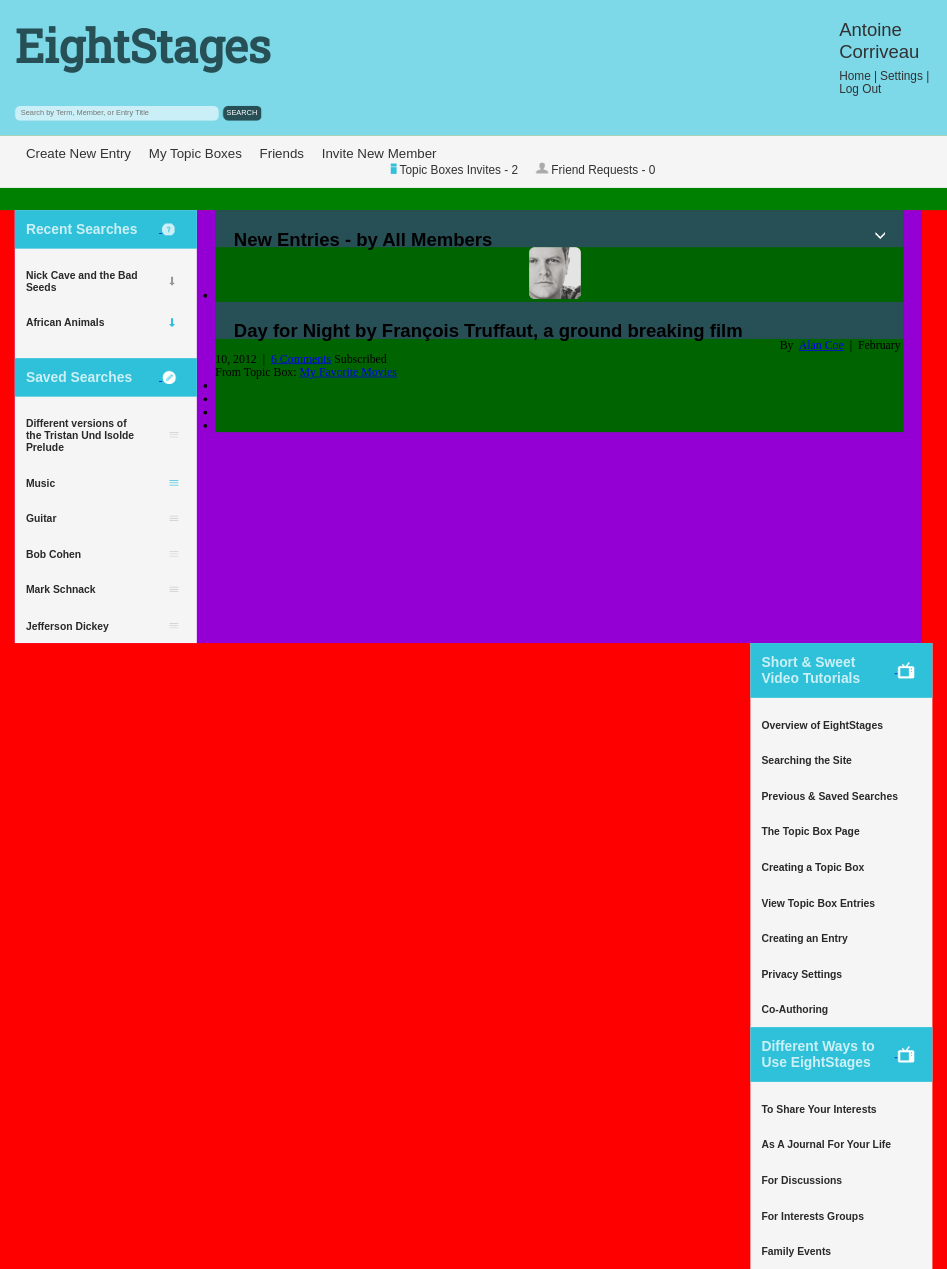
Repository: bhattaraib58/eighstages-lf-design
Page: Assignment 3/Eight Stages Website Mockup Done/index.html
The author's editor kept a copy of each file at every save. The page is drawn from the files as they stood at one save, then again after the next save.
The browser window is 1280 px wide. The pictures show the whole page, at 74% of full size.
Some web fonts or font styles are not loaded; a fallback is used.

Above is the page before, as saved 2019-06-10 02:45:32.

After the next save:
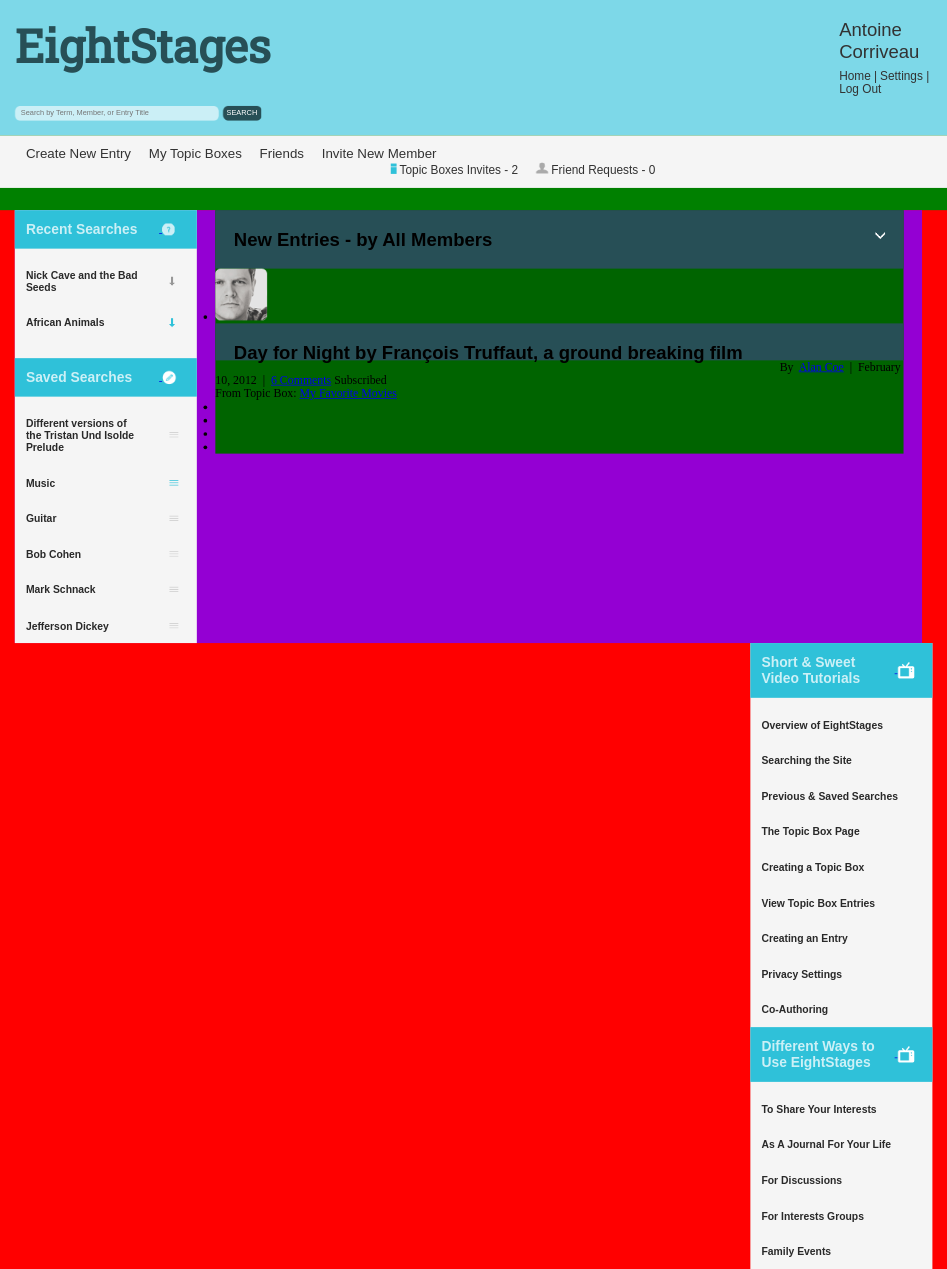
Saved 16 s later.
--- a/Assignment 3/Eight Stages Website Mockup Done/index.html
+++ b/Assignment 3/Eight Stages Website Mockup Done/index.html
@@ -133,7 +133,7 @@
                 </div>
             </div>
             <div class="entries-container">
-                <div class="entries-title">
+                <div class="entries-title clearfix">
                     <h1>New Entries - by All Members</h1>
                     <a href="#"><img src="images/arrow.png" alt="Arrow Icon"></a>
                 </div>
